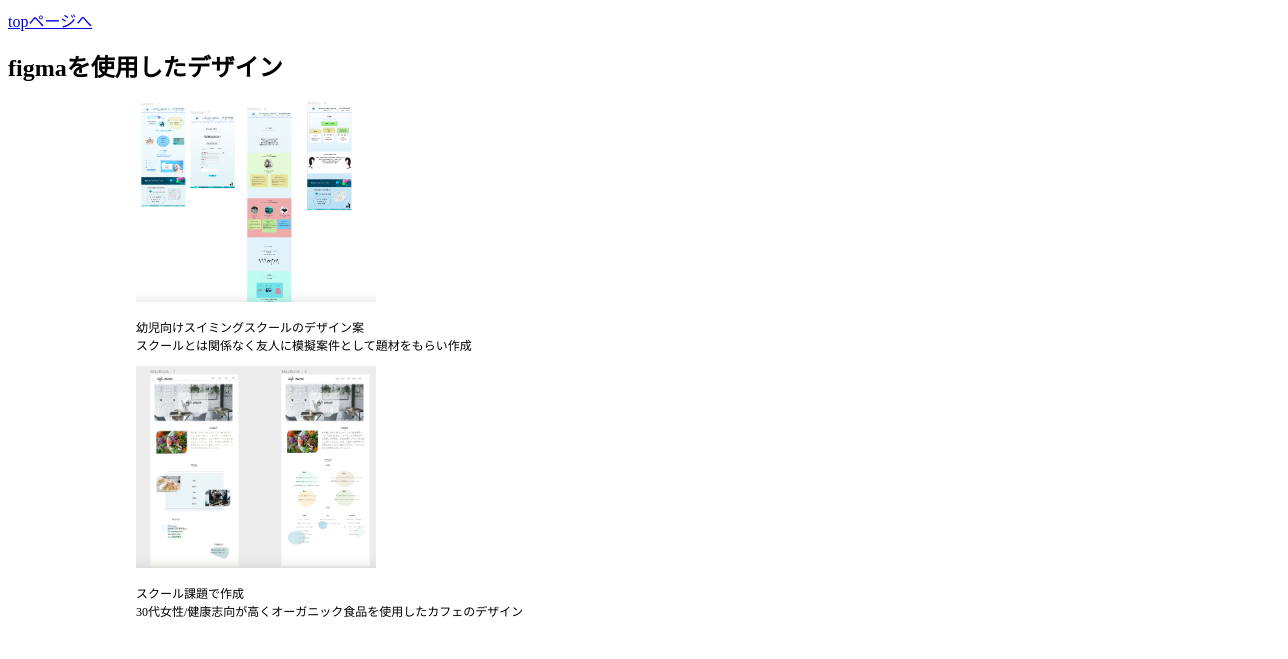
Repository: oninopantsu/onomann
Page: figma.html
These files come from the project's save history. The page is drawn as it stood at one moment and after a run of saves; the edit follows.
The browser window is 1280 px wide. The page is 1288 px wide, so the pictures cover 1288 px, including what lies to the right of the window. The pictures show the whole page.

Above is the page before, as saved 2021-08-17 12:22:43.

### figma.html
<!DOCTYPE html>
<html lang="en">
<head>
  <meta charset="UTF-8">
  <meta http-equiv="X-UA-Compatible" content="IE=edge">
  <meta name="viewport" content="width=device-width, initial-scale=1.0">
  <link rel="stylesheet" href="figma/styles.css">
  <title>figmaを使用したデザイン</title>
</head>
<body>
  <nav>
    <a href="index.html">topページへ
    </a>
  </nav>

  <main>

    <h1>figmaを使用したデザイン</h1>

    <div class="items">


      <a href="https://www.figma.com/file/XY01fwkQDAkL8OazeEc67t/Untitled?node-id=0%3A1"><img src="img/スイミングスクールデザイン.png" alt=""></a>
      <p>幼児向けスイミングスクールのデザイン案
        <br>スクールとは関係なく友人に模擬案件として題材をもらい作成
      </p>

      <a href="https://www.figma.com/file/KXfvIzwfq0REqEZ7dxTu8g/cafe-mona-p?node-id=0%3A1"><img src="img/カフェサイトデザイン.png" alt=""></a>
      <p>スクール課題で作成
        <br>30代女性/健康志向が高くオーガニック食品を使用したカフェのデザイン
      </p>

    </div>
  </main>

</body>
</html>

### figma/styles.css
body {
  width: 100%;
}

h1 {
  font-size: 24px;
}

.items {
  width: 80%;
  margin: 0 auto;
}

img {
  width: 240px;
}

p {
  font-size: 12px;
}

After the next 2 saves:
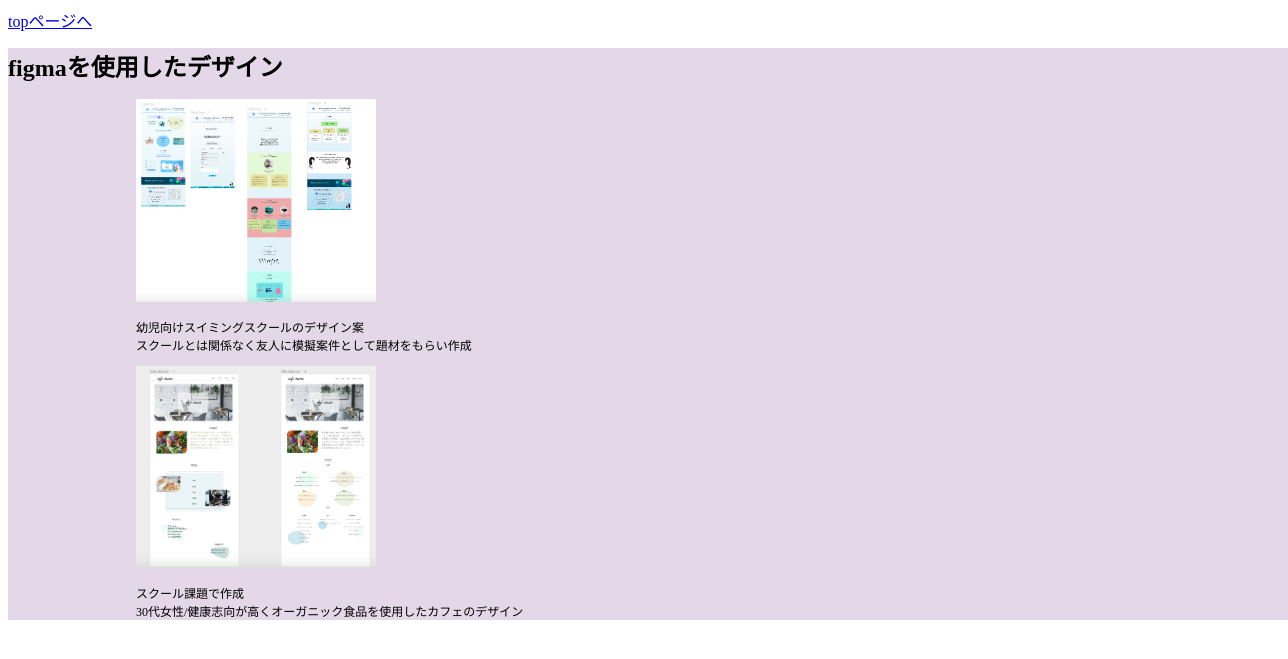
The 2 saves are shown as one change because they came seconds apart.
The last was saved 13 s later.
--- a/figma/styles.css
+++ b/figma/styles.css
@@ -1,5 +1,9 @@
 body {
   width: 100%;
+}
+main{
+    background-color: #e4d7e7;
+
 }
 
 h1 {

After the 3 saves that followed:
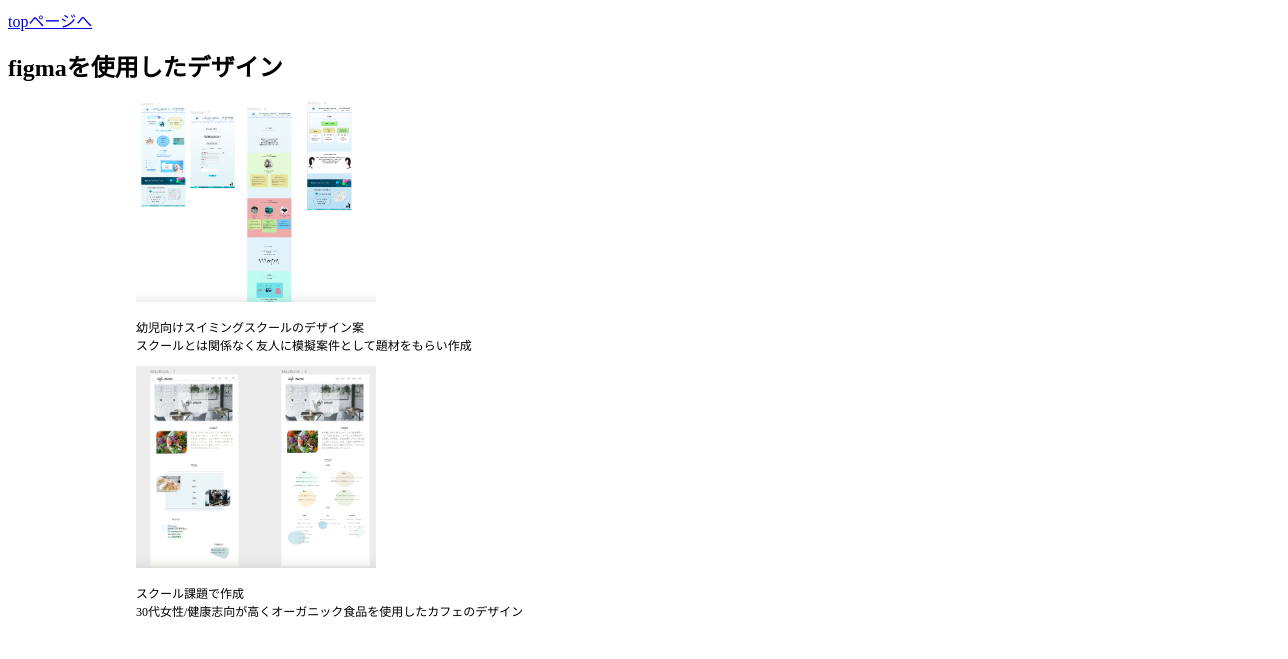
The 3 saves are shown as one change because they came seconds apart.
The last was saved 28 s later.
--- a/figma/styles.css
+++ b/figma/styles.css
@@ -1,9 +1,7 @@
 body {
   width: 100%;
-}
-main{
-    background-color: #e4d7e7;
-
+  background-color:   background-color: #e4d7e7;
+;
 }
 
 h1 {
